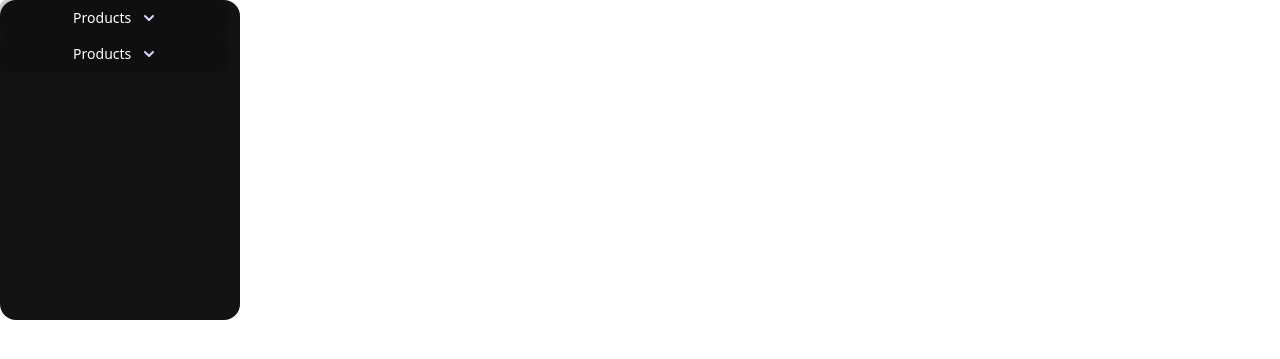
Repository: SayedJamil/Edvora-app
Page: /leftcard
These files come from the project's save history. The page is drawn as it stood at one moment and after the next save; the edit follows.
The browser window is 1280 px wide. The pictures show the whole page.
The project was rebuilt for these pictures with package versions that can differ from the ones it lists, and the page was loaded fresh each time. The framework's server and built-in components were replaced by stand-ins that run in the browser. Also part of the build but not shown: next.config.js.

Above is the page before, as saved 2021-12-19 15:43:29.

### pages/leftcard.js
import { Menu, Transition } from '@headlessui/react'
import { Fragment } from 'react'
import { ChevronDownIcon } from '@heroicons/react/solid'


function leftcard() {
    return (
        <div className="h-80 w-60 bg-[#131313] rounded-2xl">
            <Menu as="div" className="relative inline-block text-left">
                <div>
                    <Menu.Button className="inline-flex justify-center w-full px-4 py-2 text-sm font-medium text-white bg-black rounded-md bg-opacity-20 hover:bg-opacity-30 focus:outline-none focus-visible:ring-2 focus-visible:ring-white focus-visible:ring-opacity-75">
                        Products
                        <ChevronDownIcon
                            className="w-5 h-5 ml-2 -mr-1 text-violet-200 hover:text-violet-100"
                            aria-hidden="true"
                        />
                    </Menu.Button>
                    <Menu.Button className="inline-flex justify-center w-full px-4 py-2 text-sm font-medium text-white bg-black rounded-md bg-opacity-20 hover:bg-opacity-30 focus:outline-none focus-visible:ring-2 focus-visible:ring-white focus-visible:ring-opacity-75">
                        Products
                        <ChevronDownIcon
                            className="w-5 h-5 ml-2 -mr-1 text-violet-200 hover:text-violet-100"
                            aria-hidden="true"
                        />
                    </Menu.Button>
                </div>
                <Transition
                    as={Fragment}
                    enter="transition ease-out duration-100"
                    enterFrom="transform opacity-0 scale-95"
                    enterTo="transform opacity-100 scale-100"
                    leave="transition ease-in duration-75"
                    leaveFrom="transform opacity-100 scale-100"
                    leaveTo="transform opacity-0 scale-95"
                >
                    <Menu.Items className="absolute right-0 w-56 mt-2 origin-top-right bg-white divide-y divide-gray-100 rounded-md shadow-lg ring-1 ring-black ring-opacity-5 focus:outline-none">
                        <div className="px-1 py-1 ">
                            <Menu.Item>
                                {({ active }) => (
                                    <button
                                        className={`${active ? 'bg-violet-500 text-white' : 'text-gray-900'
                                            } group flex rounded-md items-center w-full px-2 py-2 text-sm`}
                                    >
                                        {active ? (
                                            <EditActiveIcon
                                                className="w-5 h-5 mr-2"
                                                aria-hidden="true"
                                            />
                                        ) : (
                                            <EditInactiveIcon
                                                className="w-5 h-5 mr-2"
                                                aria-hidden="true"
                                            />
                                        )}
                                        Edit
                                    </button>
                                )}
                            </Menu.Item>
                            <Menu.Item>
                                {({ active }) => (
                                    <button
                                        className={`${active ? 'bg-violet-500 text-white' : 'text-gray-900'
                                            } group flex rounded-md items-center w-full px-2 py-2 text-sm`}
                                    >
                                        {active ? (
                                            <DuplicateActiveIcon
                                                className="w-5 h-5 mr-2"
                                                aria-hidden="true"
                                            />
                                        ) : (
                                            <DuplicateInactiveIcon
                                                className="w-5 h-5 mr-2"
                                                aria-hidden="true"
                                            />
                                        )}
                                        Duplicate
                                    </button>
                                )}
                            </Menu.Item>
                        </div>
                        <div className="px-1 py-1">
                            <Menu.Item>
                                {({ active }) => (
                                    <button
                                        className={`${active ? 'bg-violet-500 text-white' : 'text-gray-900'
                                            } group flex rounded-md items-center w-full px-2 py-2 text-sm`}
                                    >
                                        {active ? (
                                            <ArchiveActiveIcon
                                                className="w-5 h-5 mr-2"
                                                aria-hidden="true"
                                            />
                                        ) : (
                                            <ArchiveInactiveIcon
                                                className="w-5 h-5 mr-2"
                                                aria-hidden="true"
                                            />
                                        )}
                                        Archive
                                    </button>
                                )}
                            </Menu.Item>
                            <Menu.Item>
                                {({ active }) => (
                                    <button
                                        className={`${active ? 'bg-violet-500 text-white' : 'text-gray-900'
                                            } group flex rounded-md items-center w-full px-2 py-2 text-sm`}
                                    >
                                        {active ? (
                                            <MoveActiveIcon
                                                className="w-5 h-5 mr-2"
                                                aria-hidden="true"
                                            />
                                        ) : (
                                            <MoveInactiveIcon
                                                className="w-5 h-5 mr-2"
                                                aria-hidden="true"
                                            />
                                        )}
                                        Move
                                    </button>
                                )}
                            </Menu.Item>
                        </div>
                        <div className="px-1 py-1">
                            <Menu.Item>
                                {({ active }) => (
                                    <button
                                        className={`${active ? 'bg-violet-500 text-white' : 'text-gray-900'
                                            } group flex rounded-md items-center w-full px-2 py-2 text-sm`}
                                    >
                                        {active ? (
                                            <DeleteActiveIcon
                                                className="w-5 h-5 mr-2 text-violet-400"
                                                aria-hidden="true"
                                            />
                                        ) : (
                                            <DeleteInactiveIcon
                                                className="w-5 h-5 mr-2 text-violet-400"
                                                aria-hidden="true"
                                            />
                                        )}
                                        Delete
                                    </button>
                                )}
                            </Menu.Item>
                        </div>
                    </Menu.Items>
                </Transition>
            </Menu>
        </div>
    )
}

export default leftcard

function EditInactiveIcon(props) {
    return (
        <svg
            {...props}
            viewBox="0 0 20 20"
            fill="none"
            xmlns="http://www.w3.org/2000/svg"
        >
            <path
                d="M4 13V16H7L16 7L13 4L4 13Z"
                fill="#EDE9FE"
                stroke="#A78BFA"
                strokeWidth="2"
            />
        </svg>
    )
}

function EditActiveIcon(props) {
    return (
        <svg
            {...props}
            viewBox="0 0 20 20"
            fill="none"
            xmlns="http://www.w3.org/2000/svg"
        >
            <path
                d="M4 13V16H7L16 7L13 4L4 13Z"
                fill="#8B5CF6"
                stroke="#C4B5FD"
                strokeWidth="2"
            />
        </svg>
    )
}

function DuplicateInactiveIcon(props) {
    return (
        <svg
            {...props}
            viewBox="0 0 20 20"
            fill="none"
            xmlns="http://www.w3.org/2000/svg"
        >
            <path
                d="M4 4H12V12H4V4Z"
                fill="#EDE9FE"
                stroke="#A78BFA"
                strokeWidth="2"
            />
            <path
                d="M8 8H16V16H8V8Z"
                fill="#EDE9FE"
                stroke="#A78BFA"
                strokeWidth="2"
            />
        </svg>
    )
}

function DuplicateActiveIcon(props) {
    return (
        <svg
            {...props}
            viewBox="0 0 20 20"
            fill="none"
            xmlns="http://www.w3.org/2000/svg"
        >
            <path
                d="M4 4H12V12H4V4Z"
                fill="#8B5CF6"
                stroke="#C4B5FD"
                strokeWidth="2"
            />
            <path
                d="M8 8H16V16H8V8Z"
                fill="#8B5CF6"
                stroke="#C4B5FD"
                strokeWidth="2"
            />
        </svg>
    )
}

function ArchiveInactiveIcon(props) {
    return (
        <svg
            {...props}
            viewBox="0 0 20 20"
            fill="none"
            xmlns="http://www.w3.org/2000/svg"
        >
            <rect
                x="5"
                y="8"
                width="10"
                height="8"
                fill="#EDE9FE"
                stroke="#A78BFA"
                strokeWidth="2"
            />
            <rect
                x="4"
                y="4"
                width="12"
                height="4"
                fill="#EDE9FE"
                stroke="#A78BFA"
                strokeWidth="2"
            />
            <path d="M8 12H12" stroke="#A78BFA" strokeWidth="2" />
        </svg>
    )
}

function ArchiveActiveIcon(props) {
    return (
        <svg
            {...props}
            viewBox="0 0 20 20"
            fill="none"
            xmlns="http://www.w3.org/2000/svg"
        >
            <rect
                x="5"
                y="8"
                width="10"
                height="8"
                fill="#8B5CF6"
                stroke="#C4B5FD"
                strokeWidth="2"
            />
            <rect
                x="4"
                y="4"
                width="12"
                height="4"
                fill="#8B5CF6"
                stroke="#C4B5FD"
                strokeWidth="2"
            />
            <path d="M8 12H12" stroke="#A78BFA" strokeWidth="2" />
        </svg>
    )
}

function MoveInactiveIcon(props) {
    return (
        <svg
            {...props}
            viewBox="0 0 20 20"
            fill="none"
            xmlns="http://www.w3.org/2000/svg"
        >
            <path d="M10 4H16V10" stroke="#A78BFA" strokeWidth="2" />
            <path d="M16 4L8 12" stroke="#A78BFA" strokeWidth="2" />
            <path d="M8 6H4V16H14V12" stroke="#A78BFA" strokeWidth="2" />
        </svg>
    )
}

function MoveActiveIcon(props) {
    return (
        <svg
            {...props}
            viewBox="0 0 20 20"
            fill="none"
            xmlns="http://www.w3.org/2000/svg"
        >
            <path d="M10 4H16V10" stroke="#C4B5FD" strokeWidth="2" />
            <path d="M16 4L8 12" stroke="#C4B5FD" strokeWidth="2" />
            <path d="M8 6H4V16H14V12" stroke="#C4B5FD" strokeWidth="2" />
        </svg>
    )
}

function DeleteInactiveIcon(props) {
    return (
        <svg
            {...props}
            viewBox="0 0 20 20"
            fill="none"
            xmlns="http://www.w3.org/2000/svg"
        >
            <rect
                x="5"
                y="6"
                width="10"
                height="10"
                fill="#EDE9FE"
                stroke="#A78BFA"
                strokeWidth="2"
            />
            <path d="M3 6H17" stroke="#A78BFA" strokeWidth="2" />
            <path d="M8 6V4H12V6" stroke="#A78BFA" strokeWidth="2" />
        </svg>
    )
}

function DeleteActiveIcon(props) {
    return (
        <svg
            {...props}
            viewBox="0 0 20 20"
            fill="none"
            xmlns="http://www.w3.org/2000/svg"
        >
            <rect
                x="5"
                y="6"
                width="10"
                height="10"
                fill="#8B5CF6"
                stroke="#C4B5FD"
                strokeWidth="2"
            />
            <path d="M3 6H17" stroke="#C4B5FD" strokeWidth="2" />
            <path d="M8 6V4H12V6" stroke="#C4B5FD" strokeWidth="2" />
        </svg>
    )
}

### styles/globals.css
body {
  margin: 0;
  padding: 0;
}
@tailwind base;
@tailwind components;
@tailwind utilities;

Loaded but not shown: pages/_app.js (common file); tailwind.config.js (common file)

After the next save:
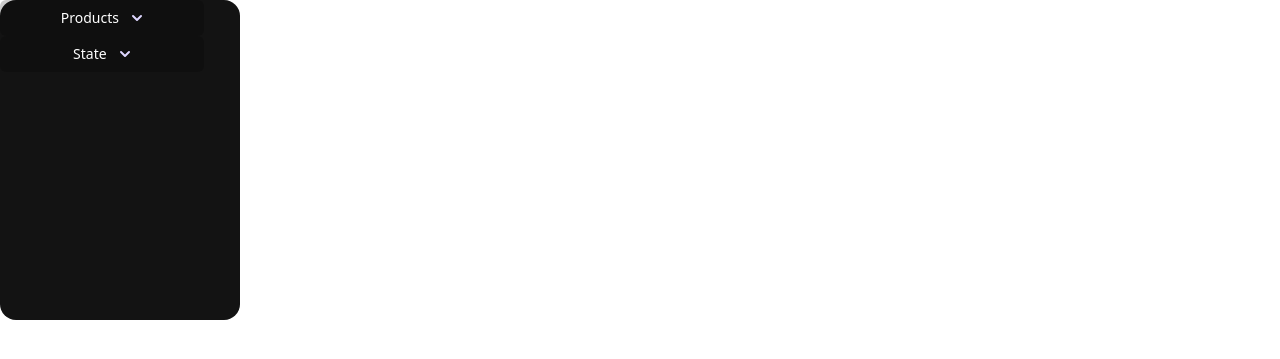
Saved 6 s later.
--- a/pages/leftcard.js
+++ b/pages/leftcard.js
@@ -16,7 +16,7 @@ function leftcard() {
                         />
                     </Menu.Button>
                     <Menu.Button className="inline-flex justify-center w-full px-4 py-2 text-sm font-medium text-white bg-black rounded-md bg-opacity-20 hover:bg-opacity-30 focus:outline-none focus-visible:ring-2 focus-visible:ring-white focus-visible:ring-opacity-75">
-                        Products
+                        State
                         <ChevronDownIcon
                             className="w-5 h-5 ml-2 -mr-1 text-violet-200 hover:text-violet-100"
                             aria-hidden="true"
